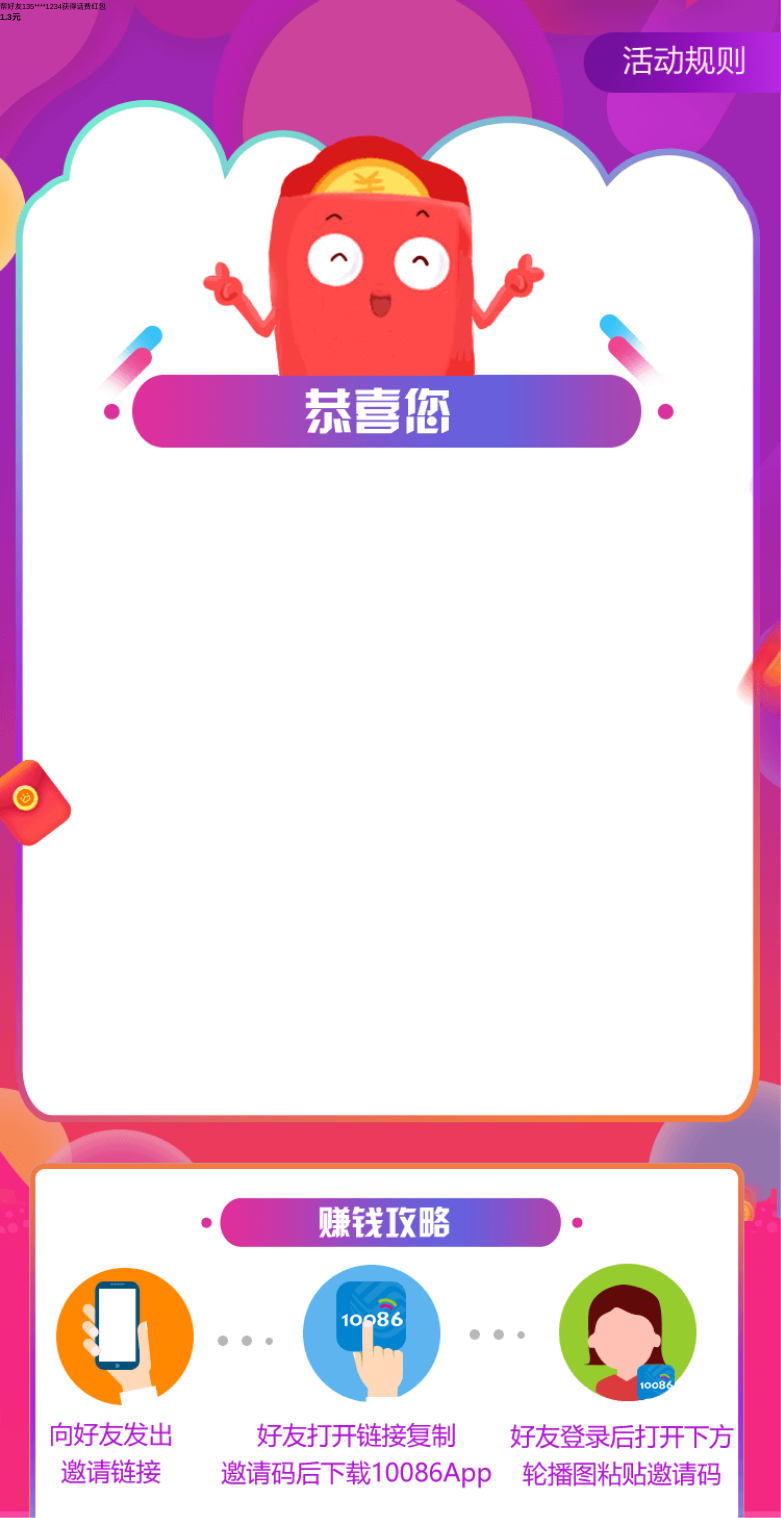
Repository: wangbiaozy/hb
Page: index_success_1.html
An editor plug-in stored every save of this project. The page is shown before and after the next save, followed by the edit.
The browser window is 1280 px wide. The pictures show the whole page, at 61% of full size.

Above is the page before, as saved 2018-08-17 14:39:11.

### index_success_1.html
<!DOCTYPE html>
<html lang="en">
<head>
        <meta charset="UTF-8">
        <meta name="viewport" content="width=device-width, initial-scale=1.0, maximum-scale=1.0, minimum-scale=1.0, user-scalable=no">
        <meta http-equiv="X-UA-Compatible" content="ie=edge">
        <title>Document</title>
        <link rel="stylesheet" href="css/reset.min.css">
        <link rel="stylesheet/less" href="css/styles_3.less">
        <script src="js/less-1.7.0.min.js"></script>
</head>
<body>
    <section class="main">
        <a id="rule_btn" href="javascript:void(0)"></a>
        <div class="con_1">
            <p>帮好友<span>135****1234</span>获得话费红包</p>
            <h3><span>1.3</span>元</h3>
        </div>
    </section>


    <!-- 活动规则弹窗 -->
    <section class="rule">
        <a href="javascript:void(0)"></a>
        <ul>
            <li>1.活动期间，用户通过10086App开屏页，首页轮播图进入活动，领取10元的话费红包。自己可拆开随机金，剩余金额需分享并邀请好友帮忙拆开，每位可帮忙拆开随机金额，全部拆完即可兑换话费。</li>
            <li>2.邀请拆 红包的好友需为新注册10086App的用户，好友在活动页面输入邀请人的邀请码才能成功帮好友拆开红包，好友帮助拆开红包后同时可获得一个话费红包。</li>
            <li>3.用户需在当前红包全部拆完后，才可开启下一个红包。</li>
            <li>4.活动期间一经发现违规等恶意操作等作弊行为将取消获奖资格。</li>
            <li>5.活动期间，用户需持续下载并的登陆110086App，否则话费奖品无法发放。</li>
        </ul>
        <a href="javascript:void(0)"></a>
    </section>
    <!-- 遮罩层 -->
    <section class="mask" id="mask"></section>
</body>
</html>
<script src="js/jquery-1.10.1.min.js"></script>
<script src="js/index.js"></script>

### css/reset.min.css
@charset "utf-8";
/*默认样式清除和初始化*/
body,h1,h2,h3,h4,h5,h6,hr,p,blockquote,dl,dt,dd,ul,ol,li,button,input,textarea,th,td{margin:0;padding:0}body{font-size:12px;font-style:normal;font-family:"\5FAE\8F6F\96C5\9ED1",Helvetica,sans-serif}small{font-size:12px}h1{font-size:18px}h2{font-size:16px}h3{font-size:14px}h4,h5,h6{font-size:100%}ul,ol{list-style:none}a{text-decoration:none;background-color:transparent}a:hover,a:active{outline-width:0;text-decoration:none}table{border-collapse:collapse;border-spacing:0}hr{border:0;height:1px}img{border-style:none}img:not([src]){display:none}svg:not(:root){overflow:hidden}html{-webkit-touch-callout:none;-webkit-text-size-adjust:100%}input,textarea,button,a{-webkit-tap-highlight-color:rgba(0,0,0,0)}article,aside,details,figcaption,figure,footer,header,main,menu,nav,section,summary{display:block}audio,canvas,progress,video{display:inline-block}audio:not([controls]),video:not([controls]){display:none;height:0}progress{vertical-align:baseline}mark{background-color:#ff0;color:#000}sub,sup{position:relative;font-size:75%;line-height:0;vertical-align:baseline}sub{bottom:-0.25em}sup{top:-0.5em}button,input,select,textarea{font-size:100%;outline:0}button,input{overflow:visible}button,select{text-transform:none}textarea{overflow:auto}button,html [type="button"],[type="reset"],[type="submit"]{-webkit-appearance:button}button::-moz-focus-inner,[type="button"]::-moz-focus-inner,[type="reset"]::-moz-focus-inner,[type="submit"]::-moz-focus-inner{border-style:none;padding:0}button:-moz-focusring,[type="button"]:-moz-focusring,[type="reset"]:-moz-focusring,[type="submit"]:-moz-focusring{outline:1px dotted ButtonText}[type="checkbox"],[type="radio"]{box-sizing:border-box;padding:0}[type="number"]::-webkit-inner-spin-button,[type="number"]::-webkit-outer-spin-button{height:auto}[type="search"]{-webkit-appearance:textfield;outline-offset:-2px}[type="search"]::-webkit-search-cancel-button,[type="search"]::-webkit-search-decoration{-webkit-appearance:none}::-webkit-input-placeholder{color:inherit;opacity:.54}::-webkit-file-upload-button{-webkit-appearance:button;font:inherit}.clear:after{display:block;height:0;content:"";clear:both}
*{ -webkit-tap-highlight-color: rgba(0,0,0,0);-webkit-tap-highlight-color: transparent; /* For some Androids */ }

### js/index.js
(function (doc, win) {
    var docEl = doc.documentElement,
        resizeEvt = 'orientationchange' in window ? 'orientationchange' : 'resize',
        recalc = function () {
            var clientWidth = docEl.clientWidth;
            if (!clientWidth) return;
            docEl.style.fontSize = 100 * (clientWidth / 750) + 'px';
        };
    if (!doc.addEventListener) return;
    win.addEventListener(resizeEvt, recalc, false);
    doc.addEventListener('DOMContentLoaded', recalc, false);
})(document, window);
$(function () {


    //显示非中奖页背景
    function showFirstPageBg(){
        $('.main').removeClass('result');
    }
    //显示中奖页背景
    function showResultPageBg(){
        $('.main').addClass('result');
    }
    //显示活动规则弹窗
    $('#rule_btn').on('click',function(){
        $('.rule').show();
        showMask();
    });
    //关闭活动规则弹窗
    function hideRuleModel(){
        $('.rule').hide();
        hideMask();
    }
    $('.rule').on('click','a',function(){
        hideRuleModel();
    });
    //首页赚钱攻略按钮
    $('#gl_btn').on('click',function(){
        $('.gl').show();
        showMask();
    })
    //首页抽红包按钮
    $('#cj').on('click',function(){
        //奖品金额随机数
        var num = (Math.random()*9+1).toFixed(2);
        $('#moneyText').text(num);
        $('.result').show();
        $('.f_page').hide();
        showResultPageBg();
    });

    //获奖页获奖名单滚动
    var listPanel = $('#J_Activity ul');
    var z = 0;
    function up() {
        listPanel.animate({
            'top': (z - .8) + 'rem'
        }, 1500, 'linear', function () {
            listPanel.css({'top': '0px'}).find("li:first").appendTo(listPanel);
            up();
        });
    }
    up();

    //获取验证码
    function getCodeStyle(btnId) {//btnId->jQ
        var orderTime = 60,
            timeLeft = orderTime,
            btn = btnId;
        function timeCount(){
            timeLeft-=1;
            if (timeLeft>0){
                btn.val(timeLeft+"s重新获取");
                setTimeout(timeCount,1000);
                btn.css({
                    background: '#a2a2a2',
                    color: '#ffffff'
                });
            }
            else {
                btn.val("获取验证码");
                btn.css({
                    background: '#76ca08',
                    color: '#ffffff'
                });
                timeLeft = orderTime;
                btn.removeAttr("disabled");
            }
        }
        btn.on('click', function () {
            $(this).attr("disabled",true);
            timeCount();
        });
    }
    getCodeStyle($('#codeBtn'));

    $('#helpBtn').on('click',function(){
        $('.login').show();
        showMask();
    });

    //显示弹窗
    function showModel(){
        $('.model').show();
        showMask();
    }

    //关闭弹窗
    $('.close').on('click',function(){
        $(this).parent().parent().hide();
        hideMask();
    });
    //显示遮罩层
    function showMask(){
        $("#mask").css("height",$(document).height());
        $("#mask").css("width",$(document).width());
        $("#mask").show();
        $('body').css('position','fixed');
    }
    //隐藏遮罩层
    function hideMask(){
        $("#mask").hide();
        $('body').css('position','unset');
    }
});

Loaded but not shown: js/less-1.7.0.min.js (library); js/jquery-1.10.1.min.js (library)

After the next save:
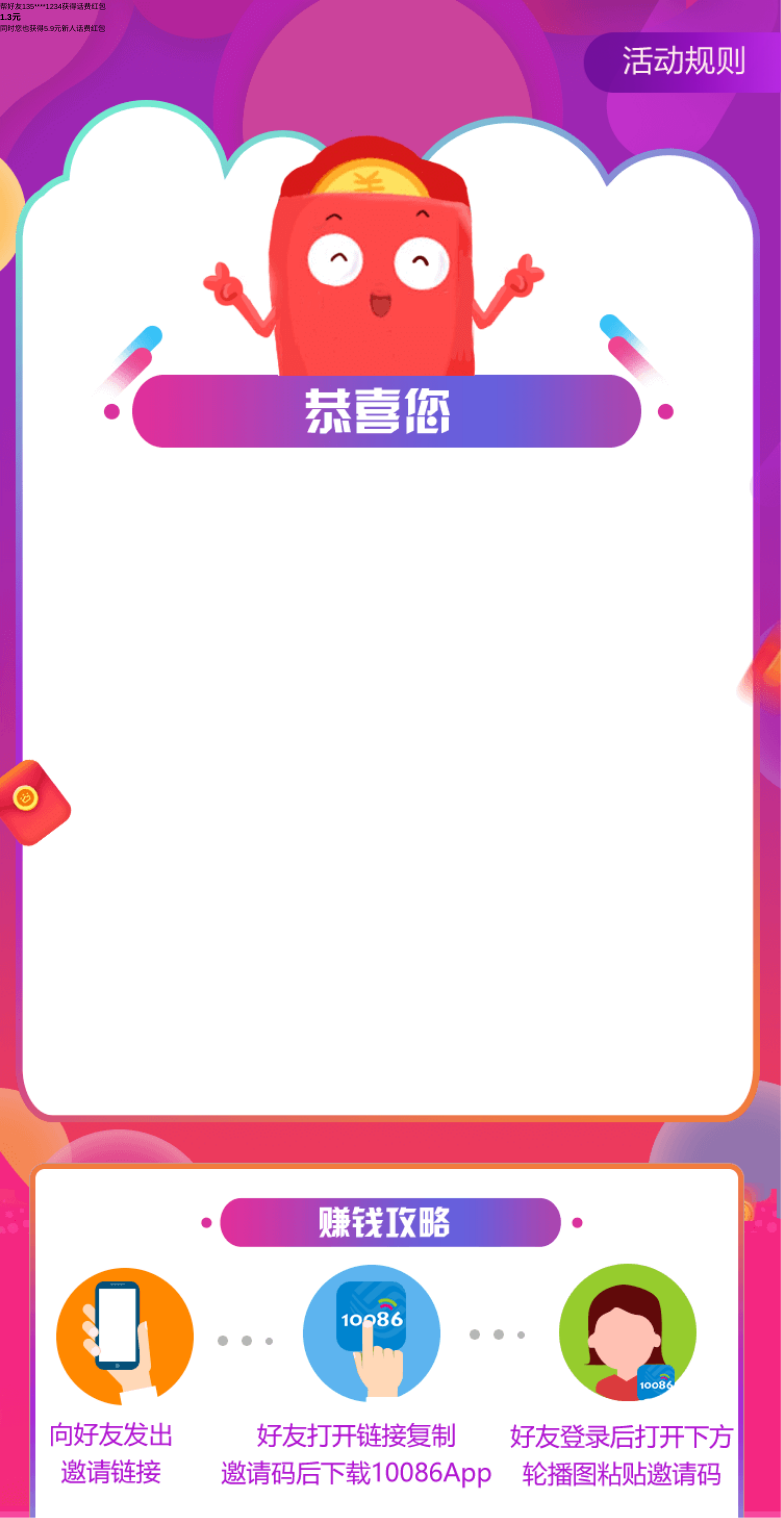
Saved 32 s later.
--- a/index_success_1.html
+++ b/index_success_1.html
@@ -15,6 +15,7 @@
         <div class="con_1">
             <p>帮好友<span>135****1234</span>获得话费红包</p>
             <h3><span>1.3</span>元</h3>
+            <p>同时您也获得<span>5.9</span>元新人话费红包</p>
         </div>
     </section>
 
